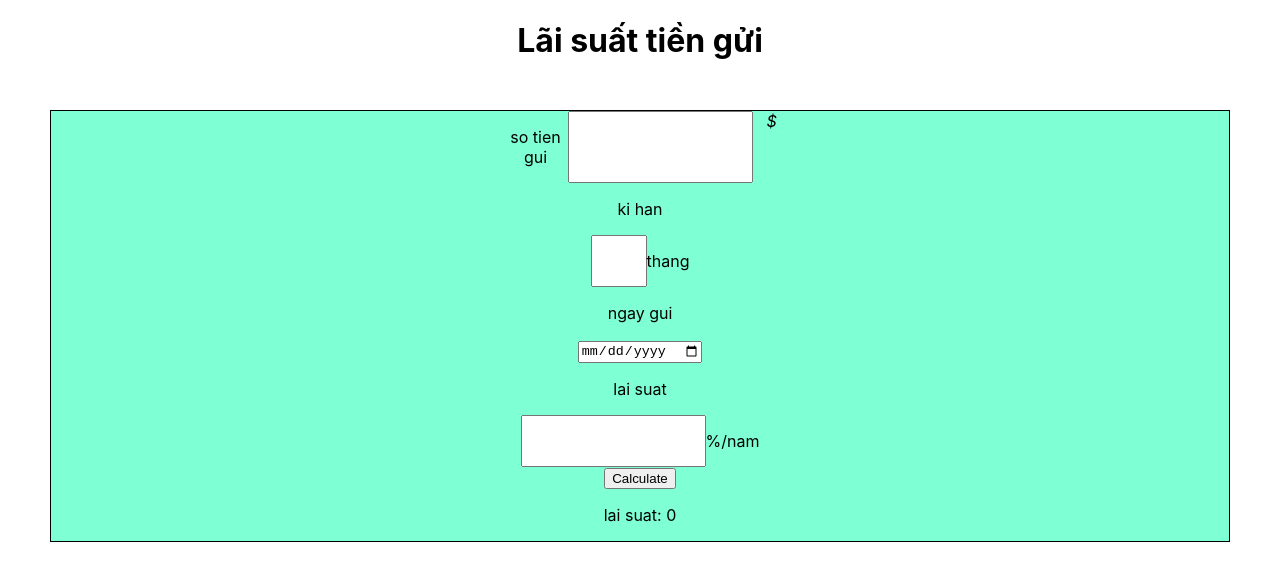
Repository: Trinvm1997/ReactExercise
Page: / (app in interest_rate/)
These files come from the project's save history. The page is drawn as it stood at one moment and after the next save; the edit follows.
The browser window is 1280 px wide. The pictures show the whole page.
The project was rebuilt for these pictures with package versions that can differ from the ones it lists, and the page was loaded fresh each time.

Above is the page before, as saved 2020-12-24 10:09:10.

### interest_rate/src/App.js
import './App.css';
import React, { Component } from 'react';

class App extends Component {
  constructor(props) {
    super(props);
    this.state = {
      money:0,
      time:0,
      interestRate:0,
      interest:0
    };
    this.handleChange = this.handleChange.bind(this);
    this.handleSubmit = this.handleSubmit.bind(this);
  }

  handleChange(event) {
    const value = event.target.value;
    const name = event.target.name;
    this.setState({
      [name]: value
    });
  }

  handleSubmit(event){
    event.preventDefault();
    this.setState({
      interest: this.state.money*(this.state.time/12)*this.state.interestRate
    })
  }

  render() {
    return (
      <div className="App">
        <h1>Lãi suất tiền gửi</h1>
        <form>

          <div style={{display: "inline-flex"}}>
          <p>so tien gui</p><input onChange={this.handleChange} name="money" type="number" min="1" step="1"></input><i>$</i>
          </div>
          <p>ki han</p>
          <div style={{display: "inline-flex"}}>
            <input onChange={this.handleChange} name="time" type="number" min="1" max="36" step="1"></input><p>thang</p>
          </div>
          <p>ngay gui</p>
          <input type="date"></input>
          <p>lai suat</p>
          <div style={{display: "inline-flex"}}>
            <input onChange={this.handleChange} name="interestRate" type="number" step="0.01"></input><p>%/nam</p>
          </div>
          <br />
          <button onClick={this.handleSubmit}>Calculate</button>
          <p>lai suat: {this.state.interest}</p>
        </form>
      </div>
    );
  }
}

export default App;

### interest_rate/src/App.css
.App {
  text-align: center;
}

.App-logo {
  height: 40vmin;
  pointer-events: none;
}

@media (prefers-reduced-motion: no-preference) {
  .App-logo {
    animation: App-logo-spin infinite 20s linear;
  }
}

.App-header {
  background-color: #282c34;
  min-height: 100vh;
  display: flex;
  flex-direction: column;
  align-items: center;
  justify-content: center;
  font-size: calc(10px + 2vmin);
  color: white;
}

.App-link {
  color: #61dafb;
}

i {
  margin-left: 5%;
}

@keyframes App-logo-spin {
  from {
    transform: rotate(0deg);
  }
  to {
    transform: rotate(360deg);
  }
}

form {
  margin: 50px;
  border: 1px solid black;
  background-color: aquamarine;
}

Loaded but not shown: interest_rate/public/index.html (common file); interest_rate/src/index.js (common file); interest_rate/src/index.css (common file); interest_rate/src/reportWebVitals.js (common file)

After the next save:
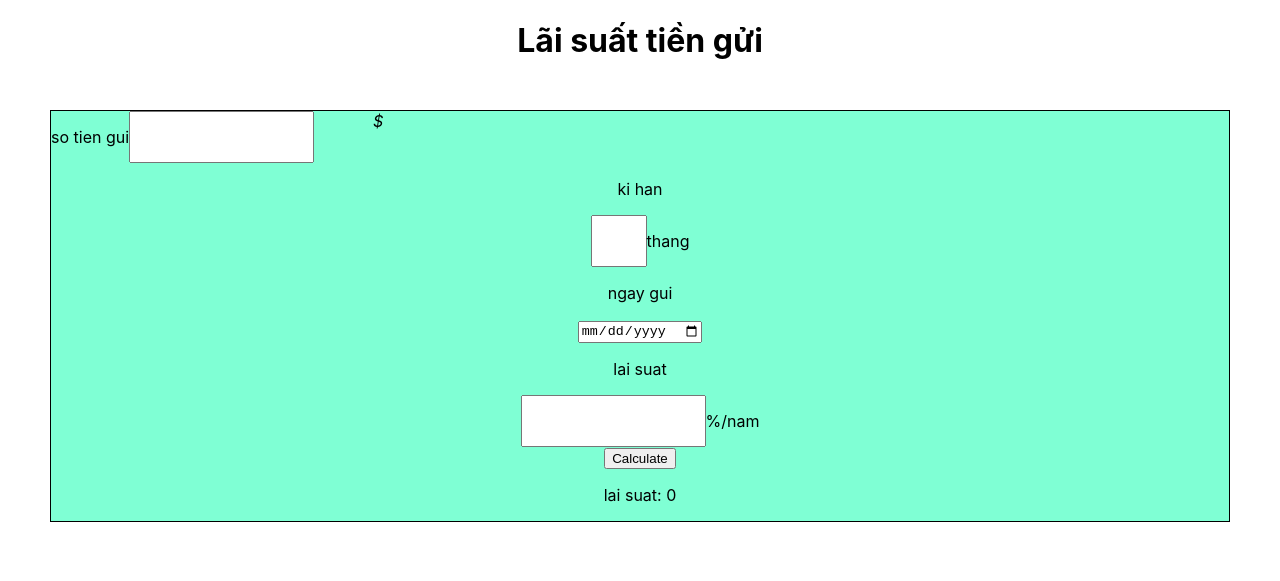
Saved 12 s later.
--- a/interest_rate/src/App.js
+++ b/interest_rate/src/App.js
@@ -35,7 +35,7 @@ class App extends Component {
         <h1>Lãi suất tiền gửi</h1>
         <form>
 
-          <div style={{display: "inline-flex"}}>
+          <div style={{display: "flex"}}>
           <p>so tien gui</p><input onChange={this.handleChange} name="money" type="number" min="1" step="1"></input><i>$</i>
           </div>
           <p>ki han</p>
